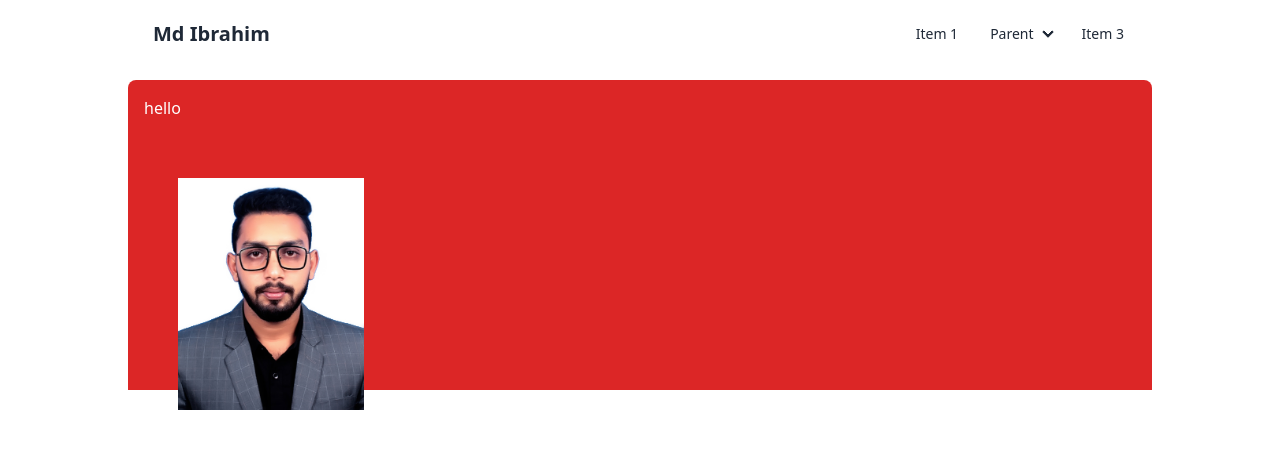
Repository: mdrubel02/portfilo
Page: /
An editor plug-in stored every save of this project. The page is shown before and after the next save, followed by the edit.
The browser window is 1280 px wide. The pictures show the whole page.
The project was rebuilt for these pictures with package versions that can differ from the ones it lists, and the page was loaded fresh each time. Also part of the build but not shown: vite.config.js.

Above is the page before, as saved 2023-06-25 09:47:04.

After the next save:
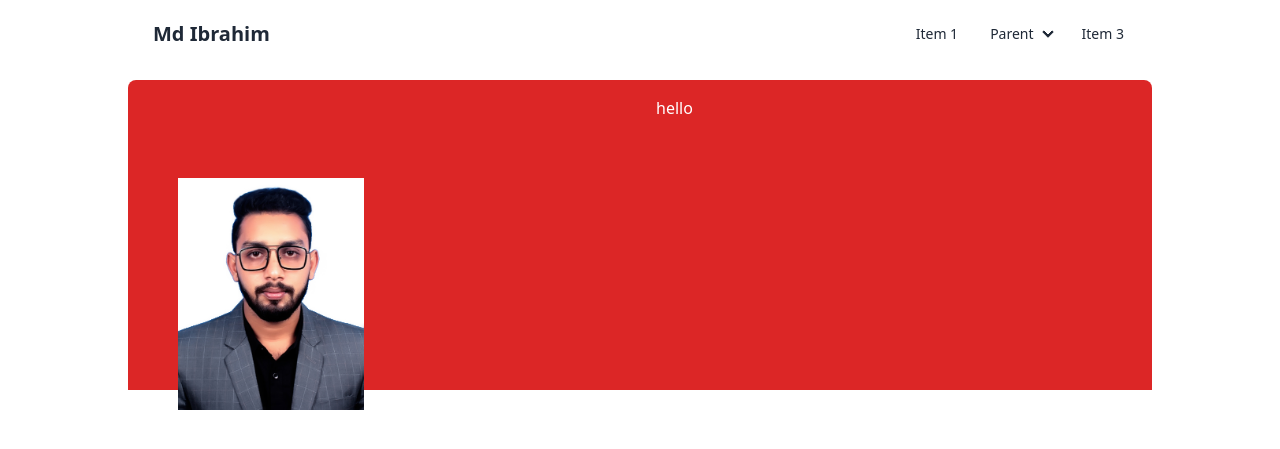
Saved 28 s later.
--- a/src/Pages/Home/Home.jsx
+++ b/src/Pages/Home/Home.jsx
@@ -22,7 +22,7 @@ const Home = () => {
         // </div>
         <div className='mt-3'>
             <div className='bg-red-600 h-[310px]  relative rounded-t-lg'>
-                <div className='lg:flex md:flex-row-reverse'>
+                <div className='lg:flex '>
                     <div className='lg:w-1/2'>
                         <img className='h-3/4 lg:absolute lg:bottom-[-20px] lg:left-[50px]' src={profile} alt="profile" />
                     </div>
